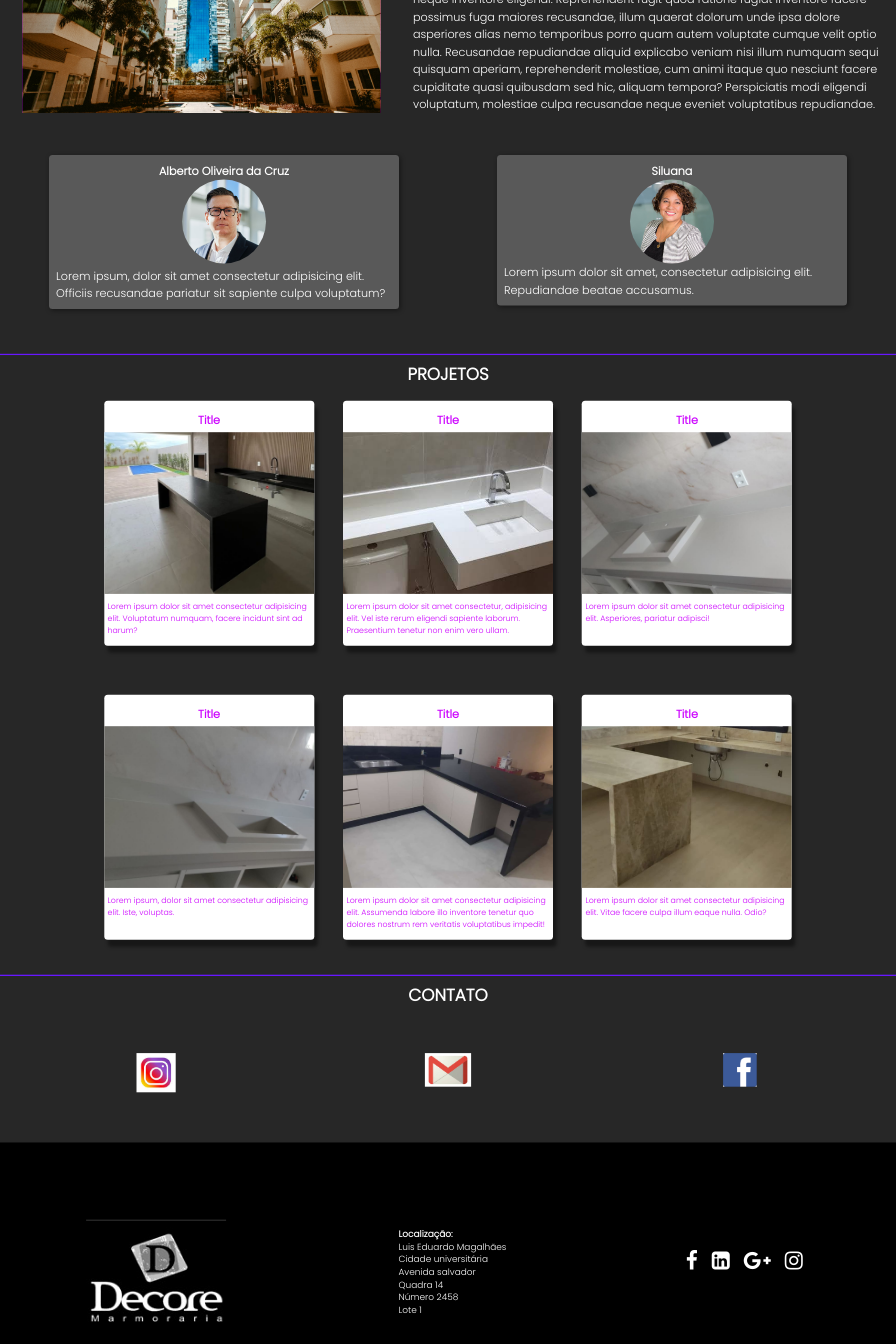
Repository: XFERRER7/projeto-xt7
Page: projetoMarmoraria/index.html
An editor plug-in stored every save of this project. The page is shown before and after a run of saves, followed by the edit.
The browser window is 1280 px wide. The pictures show the part of the page from y = 958 to 2878 px (the page is 2979 px tall), at 70% of full size.
Some web libraries are served in a nearby version.

Above is the page before, as saved 2022-05-09 18:24:38.

### projetoMarmoraria/index.html
<!DOCTYPE html>
<html lang="pt-br">

<head>
  <meta charset="UTF-8">
  <meta http-equiv="X-UA-Compatible" content="IE=edge">
  <meta name="viewport" content="width=device-width, initial-scale=1.0">
  <title>Marmoraria Decore</title>
  <link rel="stylesheet" href="css/style.css">
  <link rel="stylesheet" href="https://cdnjs.cloudflare.com/ajax/libs/font-awesome/6.1.1/css/all.min.css"
    integrity="sha512-KfkfwYDsLkIlwQp6LFnl8zNdLGxu9YAA1QvwINks4PhcElQSvqcyVLLD9aMhXd13uQjoXtEKNosOWaZqXgel0g=="
    crossorigin="anonymous" referrerpolicy="no-referrer" />
  <link rel="stylesheet" href="https://cdnjs.cloudflare.com/ajax/libs/font-awesome/6.1.1/css/solid.min.css"
    integrity="sha512-qzgHTQ60z8RJitD5a28/c47in6WlHGuyRvMusdnuWWBB6fZ0DWG/KyfchGSBlLVeqAz+1LzNq+gGZkCSHnSd3g=="
    crossorigin="anonymous" referrerpolicy="no-referrer" />
  <link rel="stylesheet" href="https://cdnjs.cloudflare.com/ajax/libs/font-awesome/4.7.0/css/font-awesome.min.css" />

</head>

<body>

  <!-- ----------------------------------------------------------------------------------------------------------------- -->


  <!-- HEADER -->
  <header>
    <nav>
      <a class="logo" href="#">MARMORARIA <span id="decore">DECORE</span></a>
      <div class="mobile-menu">
        <div class="line1"></div>
        <div class="line2"></div>
        <div class="line3"></div>
      </div>
      <ul class="nav-list">
        <li><a href="#">Início</a></li>
        <li><a href="#">Sobre</a></li>
        <li><a href="#">Projetos</a></li>
        <li><a href="#">Contato</a></li>
      </ul>
    </nav>
    <div class="hero-section">
      <div class="hero-section-text">
        <h1 id="titulo-header">MARMORES SOB MEDIDA</h1>
        <p id="paragrafo-header">Lorem ipsum, dolor sit amet consectetur adipisicing elit.</p>
      </div>
    </div>
  </header>
  <!-- FIM DO HEADER -->


  <!-- ----------------------------------------------------------------------------------------------------------------- -->


  <!-- MAIN -->
  <main>

    <!-- SECTION B -->
    <section class="section-b">
      <h1 id="section-b-h1">SOBRE</h1>


      <!-- SOBRE PARA CELULAR -->
      <div class="cel">
        <div class="card" id="card-1"></div>
        <p class="text-sobre">Lorem ipsum dolor sit amet consectetur adipisicing elit. Aspernatur maxime illo architecto
          repellendus. Voluptatum ab magnam nihil suscipit, error quod iste dicta, quisquam fugiat, veritatis veniam
          aspernatur modi! Commodi aut officia optio reprehenderit hic sunt aspernatur ipsam minus, dicta qui omnis,
          ratione voluptatem quas sint labore. Temporibus id distinctio asperiores natus omnis earum amet. Obcaecati
          atque, a placeat necessitatibus dolorum labore rerum veritatis adipisci unde itaque iusto, voluptate quis
          tenetur voluptatibus doloremque at voluptates commodi! Ex recusandae repellat iste modi sapiente? Minus, ullam
          ad quia pariatur delectus quaerat velit sit labore aspernatur consequuntur possimus ipsum ipsam, vero ea
          expedita in sequi? Consequuntur iusto repellendus minus hic velit eum, veritatis molestias, sequi, laborum
          nisi consequatur. Dolore, amet placeat. Molestias molestiae aperiam soluta voluptatum odit voluptatem atque,
          repellendus asperiores maiores libero. Nulla odio alias reiciendis dolore cum deleniti beatae autem molestias
          earum minima accusamus nesciunt nostrum quos fugiat cupiditate molestiae, veniam doloremque.</p>
      </div>


      <!-- SOBRE PARA TELAS MAIORES -->
      <div class="imgtext">
        <div id="imgtext-img">
          <div id="content-imgtext-img"></div>
        </div>
        <div id="imgtext-text">
          <div id="content-imgtext-text">
            <p id="content-imgtext-text-p">Lorem ipsum dolor sit amet consectetur adipisicing elit. Odio non, itaque
              quae ut voluptas culpa quod amet dignissimos repellat consequuntur atque enim, nobis, commodi rerum. Quae
              iste repellat voluptatibus dignissimos numquam magnam et vel ratione temporibus, esse nihil eveniet a
              aperiam saepe enim debitis provident! Iure a accusantium voluptate doloribus, velit qui eum porro dicta
              ipsam quos facilis, id officiis molestiae est atque tempora, provident itaque explicabo voluptatem fugiat
              neque inventore eligendi. Reprehenderit fugit quod ratione fugiat inventore facere possimus fuga maiores
              recusandae, illum quaerat dolorum unde ipsa dolore asperiores alias nemo temporibus porro quam autem
              voluptate cumque velit optio nulla. Recusandae repudiandae aliquid explicabo veniam nisi illum numquam
              sequi quisquam aperiam, reprehenderit molestiae, cum animi itaque quo nesciunt facere cupiditate quasi
              quibusdam sed hic, aliquam tempora? Perspiciatis modi eligendi voluptatum, molestiae culpa recusandae
              neque eveniet voluptatibus repudiandae.</p>
          </div>
        </div>

      </div>

      <div class="container-about-person">

        <div class="about-person">
          <h4>Alberto Oliveira da Cruz</h4>
          <div class="img-person" id="person-1"></div>
          <p class="p-about-person">Lorem ipsum, dolor sit amet consectetur adipisicing elit. Officiis recusandae
            pariatur sit sapiente culpa voluptatum?</p>
        </div>

        <div class="about-person">
          <h4>Siluana</h4>
          <div class="img-person" id="person-2"></div>
          <p>Lorem ipsum dolor sit amet, consectetur adipisicing elit. Repudiandae beatae accusamus.</p>
        </div>

      </div>
    </section>


    <div class="divisa"></div>


    <!-- SECTION A -->
    <section class="section-a">
      <h1 id="section-a-h1">PROJETOS</h1>

      <!-- Container dos cards -->
      <div class="container-cards-main">

        <!-- Card 1 -->
        <div class="card-main">
          <h4 class="title-card">Title</h4>
          <div id="card-img-1"></div>
          <p class="descricao-card">Lorem ipsum dolor sit amet consectetur adipisicing elit. Voluptatum numquam, facere
            incidunt sint ad harum?</p>
        </div>

        <!-- Card 2 -->
        <div class="card-main">
          <h4 class="title-card">Title</h4>
          <div id="card-img-2"></div>
          <p class="descricao-card">Lorem ipsum dolor sit amet consectetur, adipisicing elit. Vel iste rerum eligendi
            sapiente laborum. Praesentium tenetur non enim vero ullam.</p>
        </div>

        <!-- Card 3 -->
        <div class="card-main">
          <h4 class="title-card">Title</h4>
          <div id="card-img-3"></div>
          <p class="descricao-card">Lorem ipsum dolor sit amet consectetur adipisicing elit. Asperiores, pariatur
            adipisci!</p>
        </div>

        <!-- Card 4 -->
        <div class="card-main">
          <h4 class="title-card">Title</h4>
          <div id="card-img-4"></div>
          <p class="descricao-card">Lorem ipsum, dolor sit amet consectetur adipisicing elit. Iste, voluptas.</p>
        </div>

        <!-- Card 5 -->
        <div class="card-main">
          <h4 class="title-card">Title</h4>
          <div id="card-img-5"></div>
          <p class="descricao-card">Lorem ipsum dolor sit amet consectetur adipisicing elit. Assumenda labore illo
            inventore tenetur quo dolores nostrum rem veritatis voluptatibus impedit!</p>
        </div>

        <!-- Card 6 -->
        <div class="card-main">
          <h4 class="title-card">Title</h4>
          <div id="card-img-6"></div>
          <p class="descricao-card">Lorem ipsum dolor sit amet consectetur adipisicing elit. Vitae facere culpa illum
            eaque nulla. Odio?</p>
        </div>
      </div>
    </section>



    <div class="divisa"></div>


    <!-- SECTION C -->
    <section class="section-c">
      <h1 id="section-c-h1">CONTATO</h1>
      <div id="main-div-img">
        <a href="#" target="_blank" class="media"><img src="img/logo-instagram.jpg" alt="insta-img" class="div-img"></a>
        <a href="#" target="_blank" class="media"><img src="img/logo-gmail.jpg" alt="gmail-img" class="div-img"></a>
        <a href="#" target="_blank" class="media"><img src="img/logo-facebook.png" alt="face-img" class="div-img"
            id="img-face"></a>
      </div>
    </section>

  </main>
  <!-- FIM DO MAIN -->

  <!-- ----------------------------------------------------------------------------------------------------------------- -->

  <footer>
    <div class="container-footer">

      <div class="footer-up">
        <div class="footer-a block-footer-up">
          <div id="img-footer"></div>
        </div>
        <div class="footer-b block-footer-up">
          <h4>Localização:</h4>
          <p class="footer-b-p">Luis Eduardo Magalhães</p>
          <p class="footer-b-p">Cidade universitária</p>
          <p class="footer-b-p">Avenida salvador</p>
          <p class="footer-b-p">Quadra 14</p>
          <p class="footer-b-p">Número 2458</p>
          <p class="footer-b-p">Lote 1</p>
        </div>
        <div class="footer-c block-footer-up">
          <ul class="footer-c-list">
            <li><a href="#" class="medias"><i class="fa fa-facebook"></i></a></li>
            <li><a href="#" class="medias"><i class="fa fa-linkedin-square"></i></a></li>
            <li><a href="#" class="medias"><i class="fa fa-google-plus"></i></a></li>
            <li><a href="#" class="medias"><i class="fa fa-instagram"></i></a></li>
        </ul>
        </div>
      </div>

      <div id="footer-sub">
        <p>Copyright &copy; Desenvolvido por <span>Alexandre Talles</span></p>
      </div>






    </div>
  </footer>
  <script src="js/menu-bar.js"></script>
  <script src="js/changeText.js"></script>

</body>

</html>

### projetoMarmoraria/css/style.css
@import url('https://fonts.googleapis.com/css2?family=Poppins:ital,wght@0,300;1,100&display=swap');
@import url('https://fonts.googleapis.com/css2?family=Barlow:ital,wght@1,500&display=swap');

* {
  margin: 0;
  padding: 0;
  box-sizing: border-box;
  font-family: 'Poppins', sans-serif;
}

body {
  background-color: #272727;
  color: #ffffff;
}

::-webkit-scrollbar {
  width: 15px;
}

::-webkit-scrollbar-track {
  background: #000000;

}

::-webkit-scrollbar-thumb {
  background: rgb(154, 2, 255);
  border-radius: 3px;
}

/*----------------------------------MENU-BAR----------------------------------*/
nav a {
  color: rgb(37, 37, 37);
  text-decoration: none;
  transition: 0.8s;
}

nav a:hover {
  color: blue;
  opacity: 0.7;
}

.logo {
  font-size: 1.5em;
  text-transform: uppercase;
  color: rgb(26, 26, 26);
}

#decore {
  font-family: 'Barlow', sans-serif;
  color: #6817ff;
}

nav {
  display: flex;
  justify-content: space-around;
  align-items: center;
  font-family: 'Poppins', sans-serif;
  background: #ededed;
  height: 10vh;
  position: sticky;
  top: 0;
}


.nav-list {
  list-style: none;
  display: flex;
}

.nav-list li {
  letter-spacing: 3px;
  margin-left: 32px;
}

.mobile-menu {
  display: none;
  cursor: pointer;
}

.mobile-menu div {
  width: 32px;
  height: 2px;
  background: rgb(20, 24, 255);
  margin: 8px;
  transition: 0.3s;
}

@media (max-width: 999px) {
  body {
    overflow-x: hidden;
  }

  .nav-list {
    overflow-x: hidden;
    position: fixed;
    top: 10vh;
    right: 0;
    width: 50vw;
    height: 40vh;
    background: #ededed;
    flex-direction: column;
    align-items: center;
    justify-content: space-around;
    transform: translateX(100%);
    transition: transform 0.3s ease-in;
  }

  .nav-list li {
    margin-left: 0;
    opacity: 0;
  }

  .mobile-menu {
    display: block;
  }
}

@media (max-width: 300px) {
  .logo {
    font-size: 0.8rem;
  }
}

.nav-list.active {
  transform: translateX(0);
}

@keyframes navLinkFade {
  from {
    opacity: 0;
    transform: translateX(50px);
  }

  to {
    opacity: 1;
    transform: translateX(0);
  }
}

.mobile-menu.active .line1 {
  transform: rotate(-45deg) translate(-8px, 8px);
}

.mobile-menu.active .line2 {
  opacity: 0;
}

.mobile-menu.active .line3 {
  transform: rotate(45deg) translate(-5px, -7px);
}

/*------------------------------IMAGEM DO HEADER------------------------------*/
.hero-section {
  background-image: linear-gradient(to bottom, rgba(0, 0, 0, 0.516), rgba(0, 0, 0, 0.516)), url(../img/img-header.jpg);
  background-position: 50%;
  background-repeat: no-repeat;
  background-size: cover;
  height: 90vh;
  text-align: center;
  display: -webkit-flex;
  display: -ms-flexbox;
  display: flex;
  -webkit-align-items: center;
  -ms-flex-align: center;
  align-items: center;
  -webkit-justify-content: center;
  -ms-flex-pack: center;
  justify-content: center;
}

#titulo-header {
  font-size: 2.3rem;
}

#paragrafo-header {
  font-size: 0.8rem;
}

.hero-section .hero-section-text {
  color: #fefefe;
  text-shadow: 1px 1px 2px #0a0a0a;
}


main {
  margin: 0;
  padding: 0;
  width: 100%;
}

/*------------------------------------Sobre------------------------------------*/

.section-b {
  background-color: #272727;
  color: #ffffff;
  margin-bottom: 5%;
}

#section-b-h1 {
  text-align: center;
  padding-top: 10px;
}

.imgtext {
  display: flex;
  margin-top: 10px;
  margin-bottom: 10px;
  height: 55%;
  margin-top: 30px;
}

#imgtext-img {
  width: 50%;
}

#imgtext-text {
  height: 100%;
  width: 50%;

}

#content-imgtext-img {
  background-color: #cd06ff;
  background-image: url(../img/img-sobre.jpg);
  background-position: center;
  background-repeat: no-repeat;
  background-size: cover;
  height: 100%;
  width: 80%;
  margin-left: 5%;
}

#content-imgtext-text {
  margin-left: -50px;
}



@media (max-width: 999px) {

  .imgtext {
    display: none;
  }

  div.card {
    width: 90%;
    height: 250px;
    background-color: #000000;
    margin: 10px 20px 0px 0px;
    background-size: cover;
    background-position: center center;
    border-radius: 5px;
  }

  div.card:hover {
    transform: scale(1.05);
    transition: all 0.5s ease-in-out;
  }

  #card-1 {
    background-image: url(../img/img-sobre.jpg);
    margin-left: 20px;
  }

  .text-sobre {
    padding: 1.2rem;
    margin: auto;
  }


}

@media (min-width: 999px) {
  .card {
    display: none;
  }

  .cel {
    display: none;
  }

}

.divisa {
  height: 2px;
  background-color: #6817ff;
}

.container-about-person {
  display: flex;
  flex-wrap: wrap;
  margin-top: 45px;
}

.about-person {
  background-color: #a1a1a169;
  box-shadow: 2px 2px 8px rgba(0, 0, 0, 0.438);
  border-radius: 5px;
  min-height: 200px;
  width: 500px;
  margin: auto;
  display: flex;
  align-items: center;
  justify-content: center;
  flex-direction: column;
  padding: 10px;
  margin-top: 15px;
}

.img-person {
  background-position: center top;
  background-repeat: no-repeat;
  background-size: cover;
  border-radius: 50%;
  width: 120px;
  height: 120px;
}

.p-about-person {
  margin-top: 5px;
}

/*Arrumar img-person*/

#person-1 {
  background-image: url(../img/ceo-1.jpg);
}

#person-2 {
  background-image: url(../img/ceo-2.jpg);
  background-position: center;
}

/*------------------------------Projetos------------------------------*/

.section-a {
  background-color: #272727;
}

#section-a-h1 {
  text-align: center;
  padding-top: 10px;
}

.container-cards-main {
  width: 80%;
  margin: auto;
  display: flex;
  flex-wrap: wrap;
}

.card-main {
  height: 350px;
  background-color: rgb(255, 255, 255);
  color: #cd06ff;
  width: 300px;
  margin: 20px auto;
  margin-bottom: 50px;
  border-radius: 5px;
  padding: 10px 0px 10px 0px;
  box-shadow: 5px 10px 5px rgba(0, 0, 0, 0.404);
  transition: all 0.8s ease;

}

.card-main:hover {
  transform: scale(1.03);
}


.title-card {
  padding: 5px;
  text-align: center;
}

.descricao-card {
  padding: 10px 5px 10px 5px;
  font-size: 0.7rem;

}

#card-img-1 {
  height: 70%;
  background-image: url(../img/1.jpeg);
  background-position: center center;
  background-repeat: no-repeat;
  background-size: cover;
}

#card-img-2 {
  height: 70%;
  background-image: url(../img/2.jpeg);
  background-position: center center;
  background-repeat: no-repeat;
  background-size: cover;
}

#card-img-3 {
  height: 70%;
  background-image: url(../img/3.jpeg);
  background-position: center center;
  background-repeat: no-repeat;
  background-size: cover;
}

#card-img-4 {
  height: 70%;
  background-image: url(../img/4.jpeg);
  background-position: bottom center;
  background-repeat: no-repeat;
  background-size: cover;
}

#card-img-5 {
  height: 70%;
  background-image: url(../img/5.jpeg);
  background-position: center center;
  background-repeat: no-repeat;
  background-size: cover;
}

#card-img-6 {
  height: 70%;
  background-image: url(../img/6.jpeg);
  background-position: center center;
  background-repeat: no-repeat;
  background-size: cover;
}

@media (max-width: 999px) {
  .card-main {
    height: 450px;
    width: 400px;


  }

}

/*-----------------------------------Contato-----------------------------------*/

.section-c {
  background-color: #272727;

}

#section-c-h1 {
  text-align: center;
  padding-top: 10px;
  margin-bottom: 50px;
}

#main-div-img {
  display: grid;
  grid-template-columns: repeat(3, 1fr);
  justify-items: center;
  padding: 15px;
  margin-bottom: 50px;
}

.div-img {
  display: inline-block;
  width: 25%;
  text-align: center;
}

.div-linha {
  height: 2px;
  width: 100%;
}

.media {
  text-align: center;
}

/*-----------------------------------Footer-----------------------------------*/

.container-footer {
  background-color: #000000;
  color: #fff;
  font-size: 0.8rem;
  display: flex;
  align-items: center;
  justify-content: center;
  flex-direction: column;
}

.footer-up {
  background-color: #000000;
  height: 98%;
  width: 100%;
  display: flex;
  align-items: center;
  flex-direction: row;
}

.block-footer-up {
  padding: 10px;
  margin: 100px auto;
}

#footer-sub {
  background-color: #6817ff;
  width: 100%;
  text-align: center;
}

#img-footer {
  background-image: url(../img/img-footer.jpeg);
  background-repeat: no-repeat;
  background-position: center;
  background-size: cover;
  height: 150px;
  width: 200px;
}

.footer-c-list {
  list-style: none;
  display: flex;
  align-items: center;
  justify-content: center;
  margin: 1rem 0 3rem 0;
}

.footer-c-list li {
  margin: 0 10px;
}

.footer-c-list a {
  color: #ffffff;
  text-decoration: none;
}

.footer-c-list a:hover i {
  color: #f01872;
  transition: 0.5s ease;
}

.medias {
  font-size: 30px;
}

@media (max-width: 999px) {
  .footer-up {
    flex-direction: column;
  }

  .block-footer-up {
    padding: 10px;
    margin: 10px auto;
  }

}

### projetoMarmoraria/js/menu-bar.js
class MobileNavbar {
  constructor(mobileMenu, navList, navLinks) {
    this.mobileMenu = document.querySelector(mobileMenu);
    this.navList = document.querySelector(navList);
    this.navLinks = document.querySelectorAll(navLinks);
    this.activeClass = "active";

    this.handleClick = this.handleClick.bind(this);
  }

  animateLinks() {
    this.navLinks.forEach((link, index) => {
      link.style.animation
        ? (link.style.animation = "")
        : (link.style.animation = `navLinkFade 0.5s ease forwards ${
            index / 7 + 0.3
          }s`);
    });
  }

  handleClick() {
    this.navList.classList.toggle(this.activeClass);
    this.mobileMenu.classList.toggle(this.activeClass);
    this.animateLinks();
  }

  addClickEvent() {
    this.mobileMenu.addEventListener("click", this.handleClick);
  }

  init() {
    if (this.mobileMenu) {
      this.addClickEvent();
    }
    return this;
  }
}

const mobileNavbar = new MobileNavbar(
  ".mobile-menu",
  ".nav-list",
  ".nav-list li",
);
mobileNavbar.init();

### projetoMarmoraria/js/changeText.js
function mudarTextoLbl1() {
  document.getElementById('descricao').textContent = "Lorem ipsum dolor sit amet consectetur adipisicing elit. Hic, nisi exercitationem harum officia facilis nihil vitae eligendi provident architecto quis quod unde quas incidunt assumenda corporis iste repudiandae esse voluptatibus?";
}
function mudarTextoLbl2() {
  document.getElementById('descricao').textContent = "Lorem ipsum dolor sit, amet consectetur adipisicing elit. Sapiente distinctio ipsa incidunt non exercitationem laboriosam animi id accusamus placeat, commodi, veniam rerum ut! Fugiat tenetur unde nihil minima fuga veniam odio nulla pariatur eum reiciendis.";
}
function mudarTextoLbl3() {
  document.getElementById('descricao').textContent = "Lorem ipsum dolor sit amet consectetur adipisicing elit. Quas nisi saepe nobis? Maxime blanditiis illo animi tempora maiores expedita qui eum, iusto, ratione odit quia repellendus delectus voluptate nobis nam tenetur, officiis magnam quisquam fugiat dicta nisi id natus. Magnam.";
}
function mudarTextoLbl4() {
  document.getElementById('descricao').textContent = "Lorem ipsum dolor sit amet, consectetur adipisicing elit. Quos eius dolor libero iste impedit nesciunt animi totam corporis id quod.";
}
function mudarTextoLbl5() {
  document.getElementById('descricao').textContent = "Lorem ipsum dolor sit amet, consectetur adipisicing elit. Obcaecati nulla quos quia? Consectetur laudantium illum asperiores excepturi. Itaque ab, rem tempore ullam, fugit aspernatur est alias quaerat expedita nulla, unde recusandae dolore quidem reiciendis atque?";
}

After the next 4 saves:
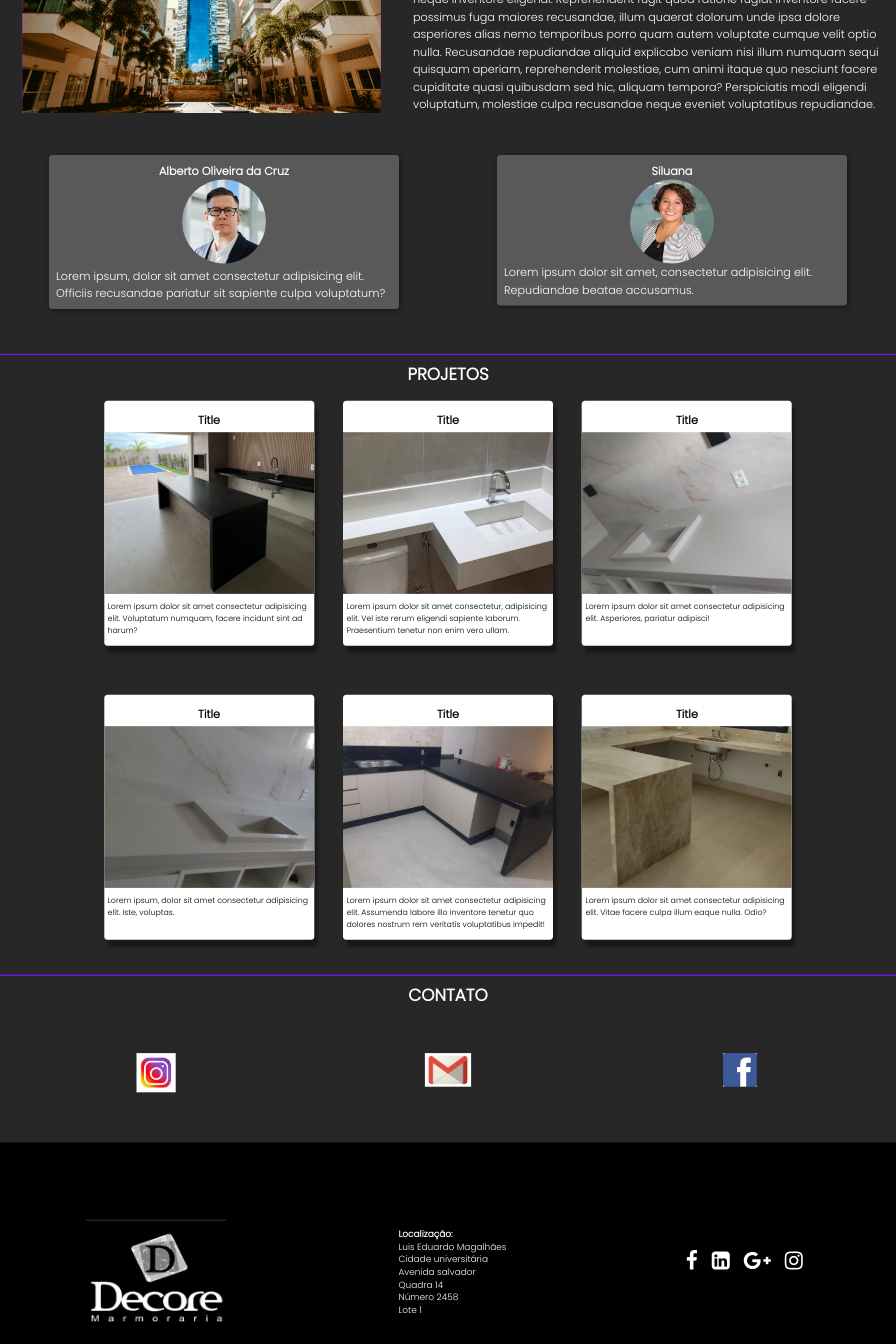
The 4 saves are shown as one change because they came seconds apart.
The last was saved 11 s later.
--- a/projetoMarmoraria/css/style.css
+++ b/projetoMarmoraria/css/style.css
@@ -352,7 +352,7 @@ main {
 .card-main {
   height: 350px;
   background-color: rgb(255, 255, 255);
-  color: #cd06ff;
+  color: #000000;
   width: 300px;
   margin: 20px auto;
   margin-bottom: 50px;
